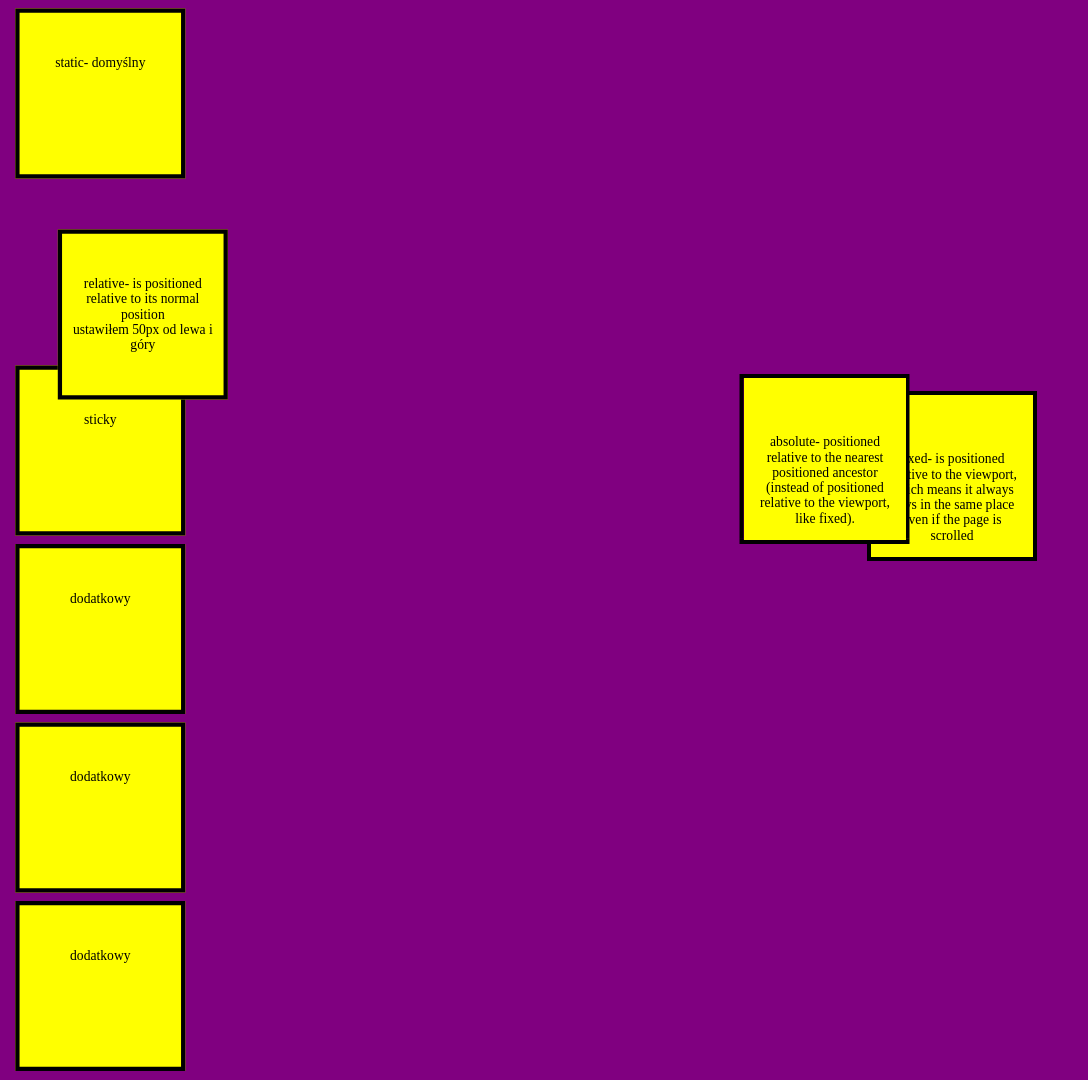
Repository: quenrythane/homepage
Page: CSS positions/CSS-positions.html
These files come from the project's save history. The page is drawn as it stood at one moment and after the next save; the edit follows.
The browser window is 1280 px wide. The pictures show the whole page, at 85% of full size.

Above is the page before, as saved 2020-10-11 03:58:09.

After the next save:
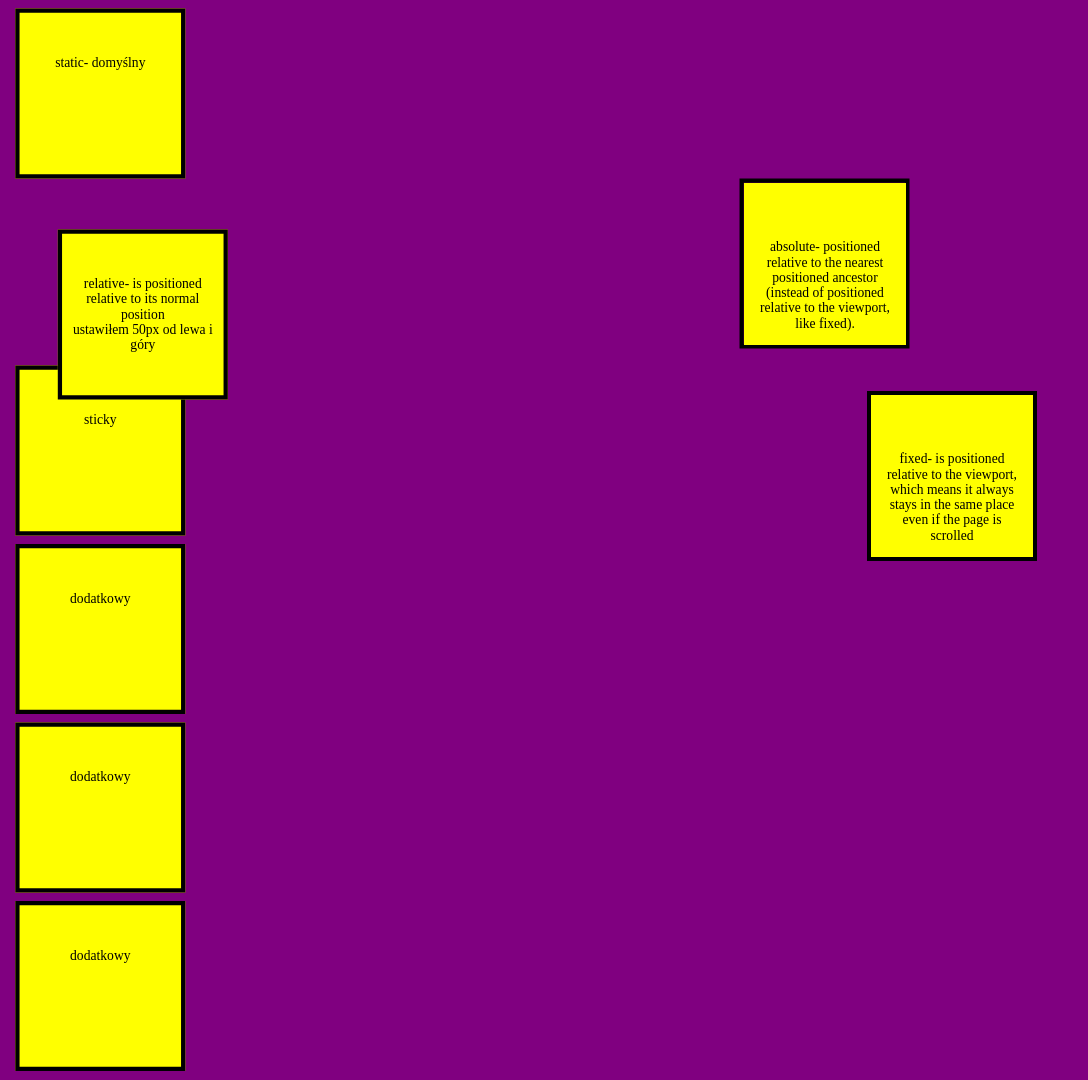
Saved 26 s later.
--- a/CSS positions/CSS-positions.css
+++ b/CSS positions/CSS-positions.css
@@ -34,6 +34,7 @@ body {
 .absolute{
     position: absolute;
     right: 200px;
+    top: 200px;
 }
 
 .sticky{
